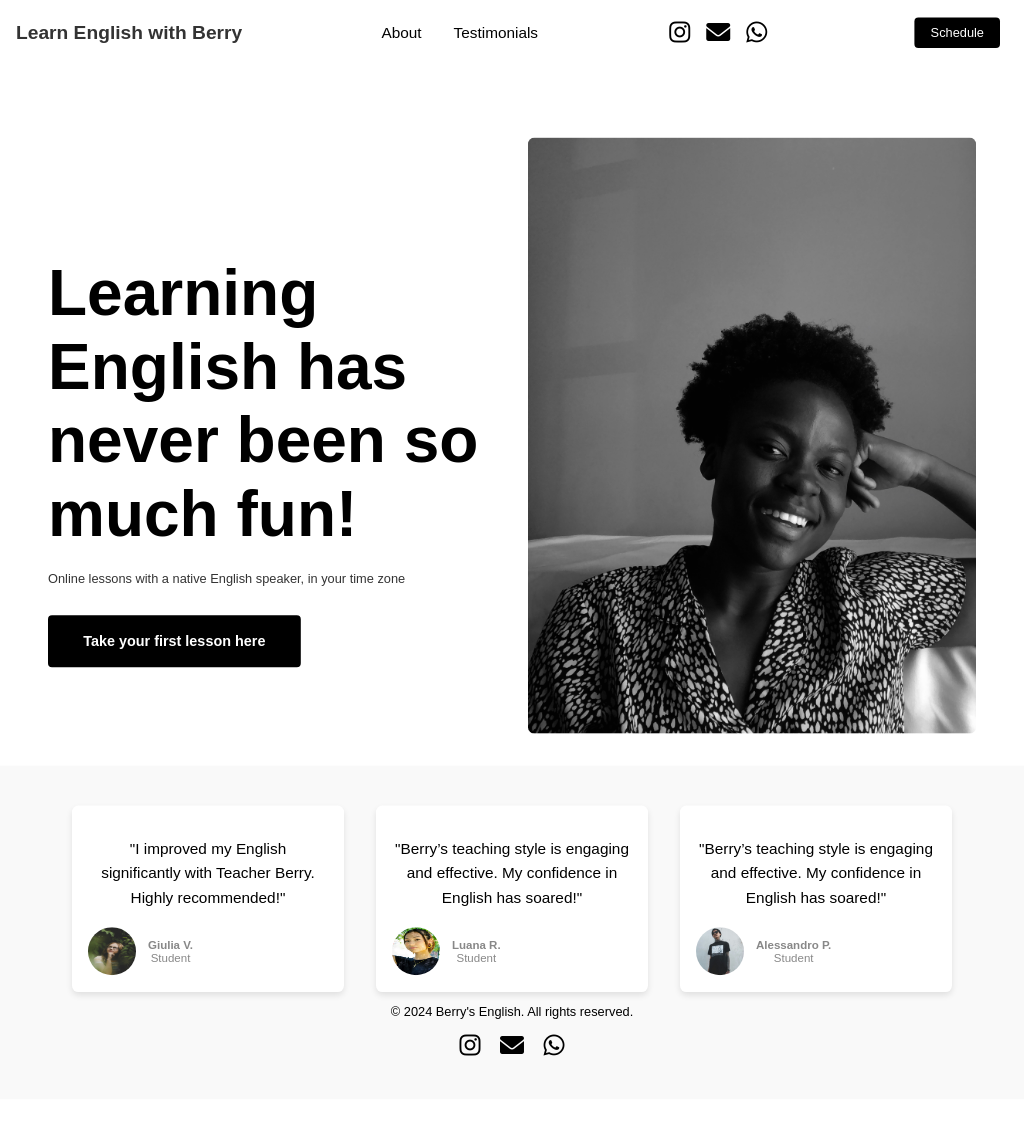
Repository: ntandomagana/esl-landing-page
Page: index.html
An editor plug-in stored every save of this project. The page is shown before and after the next save, followed by the edit.
The browser window is 1280 px wide. The pictures show the whole page, at 80% of full size.

Above is the page before, as saved 2024-07-17 13:59:24.

After the next save:
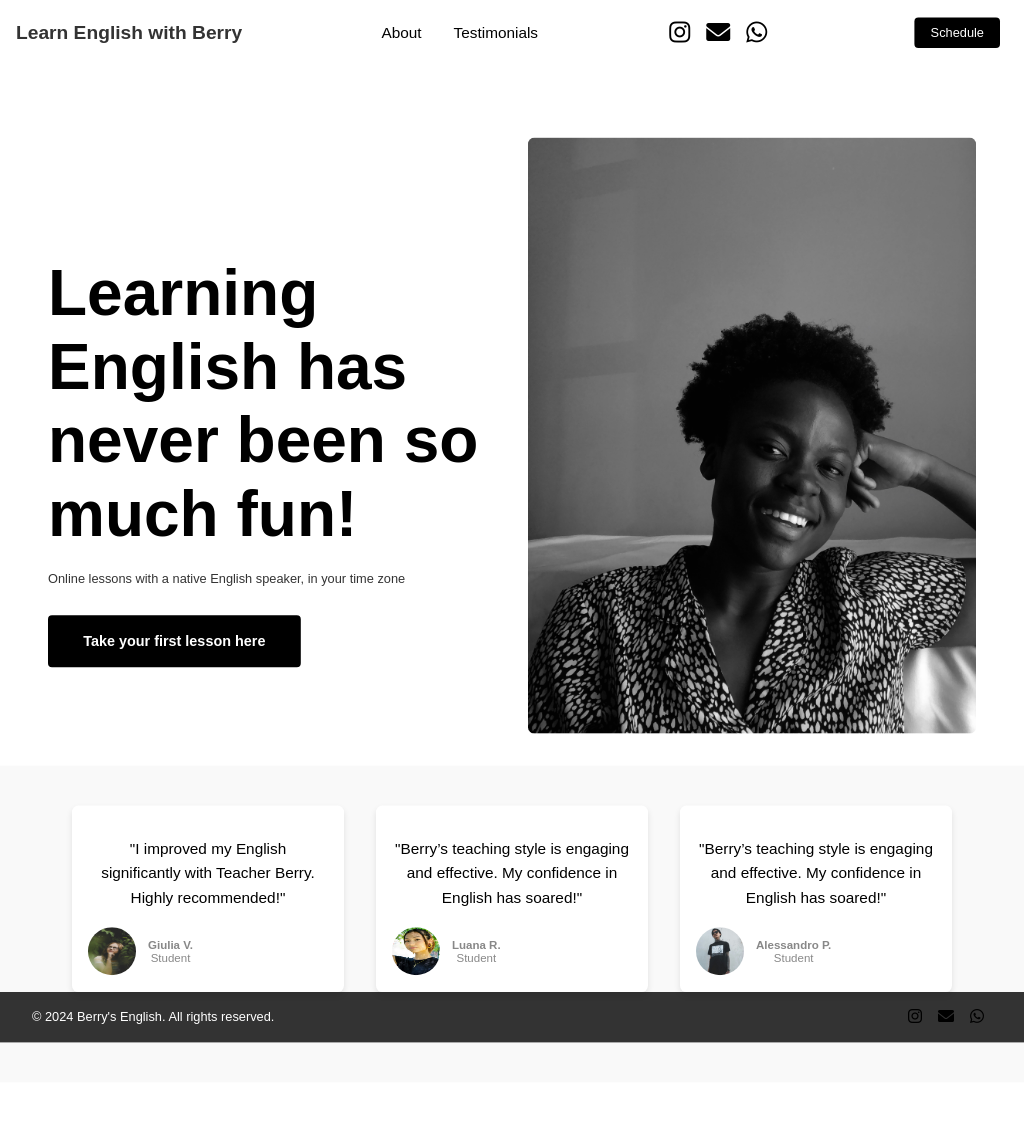
Saved 27 s later.
--- a/index.css
+++ b/index.css
@@ -222,6 +222,45 @@ nav ul li a:hover {
     font-weight: bold;
 }
 
+/* index.css */
+
+/* Styles for header, main content, testimonials, etc. */
+
+footer {
+    background-color: #333;
+    color: #fff;
+    padding: 20px 0;
+    text-align: center;
+}
+
+.footer-container {
+    display: flex;
+    justify-content: space-between;
+    align-items: center;
+    max-width: 1200px;
+    margin: 0 auto;
+}
+
+.footer-container p {
+    margin: 0;
+}
+
+.footer-social-links {
+    display: flex;
+    align-items: center;
+}
+
+.footer-social-links .social-link {
+    color: #fff;
+    font-size: 20px;
+    margin-right: 10px;
+    text-decoration: none;
+}
+
+.footer-social-links .social-link:hover {
+    color: #ccc;
+}
+
 
 @media (max-width: 768px) {
     .testimonial-item {
